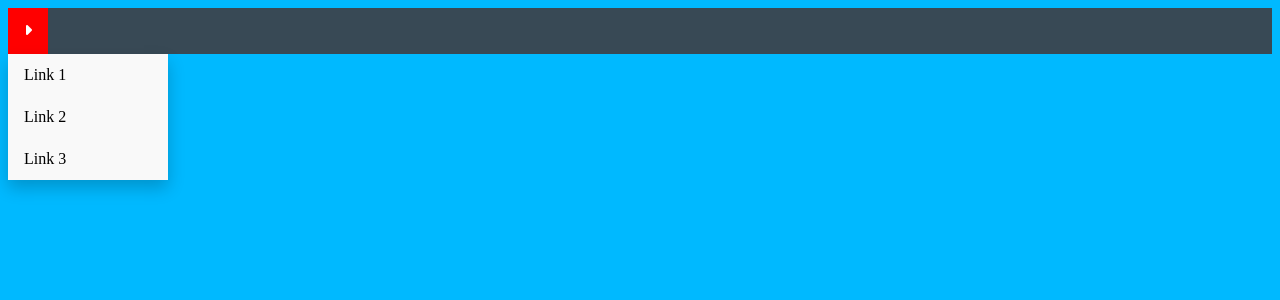
Repository: thecptwaffles/cfp-Website
Page: index.html
The author's editor kept a copy of each file at every save. The page is drawn from the files as they stood at one save, then again after the next save.
The browser window is 1280 px wide. The pictures show the whole page.
The pointer rests on the first visible `.dropdown`.
Some web libraries are served in a nearby version.

Above is the page before, as saved 2022-07-02 10:37:52.

After the next save:
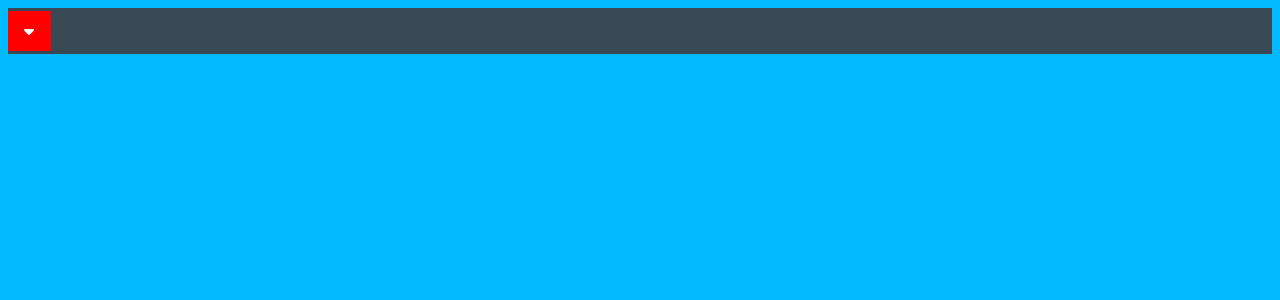
Saved 54 s later.
--- a/style.css
+++ b/style.css
@@ -9,6 +9,14 @@
 
 body {
     background-color: var(--primClr);
+}
+
+.dropdown:hover {
+    transform: rotate(90deg);
+    -webkit-transform: rotate(90deg);
+    -moz-transform: rotate(90deg);
+    -ms-transform: rotate(90deg);
+    -o-transform: rotate(90deg);
 }
 
 

After the save that followed:
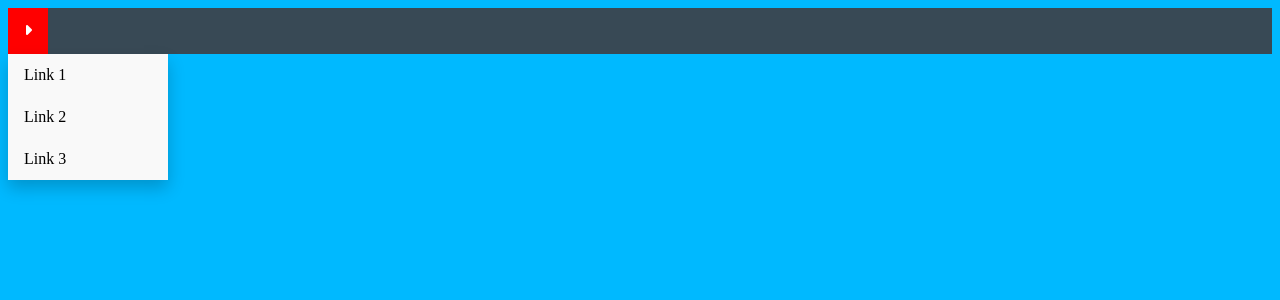
Saved 12 s later.
--- a/style.css
+++ b/style.css
@@ -11,7 +11,7 @@
     background-color: var(--primClr);
 }
 
-.dropdown:hover {
+.dropbtn:hover {
     transform: rotate(90deg);
     -webkit-transform: rotate(90deg);
     -moz-transform: rotate(90deg);
